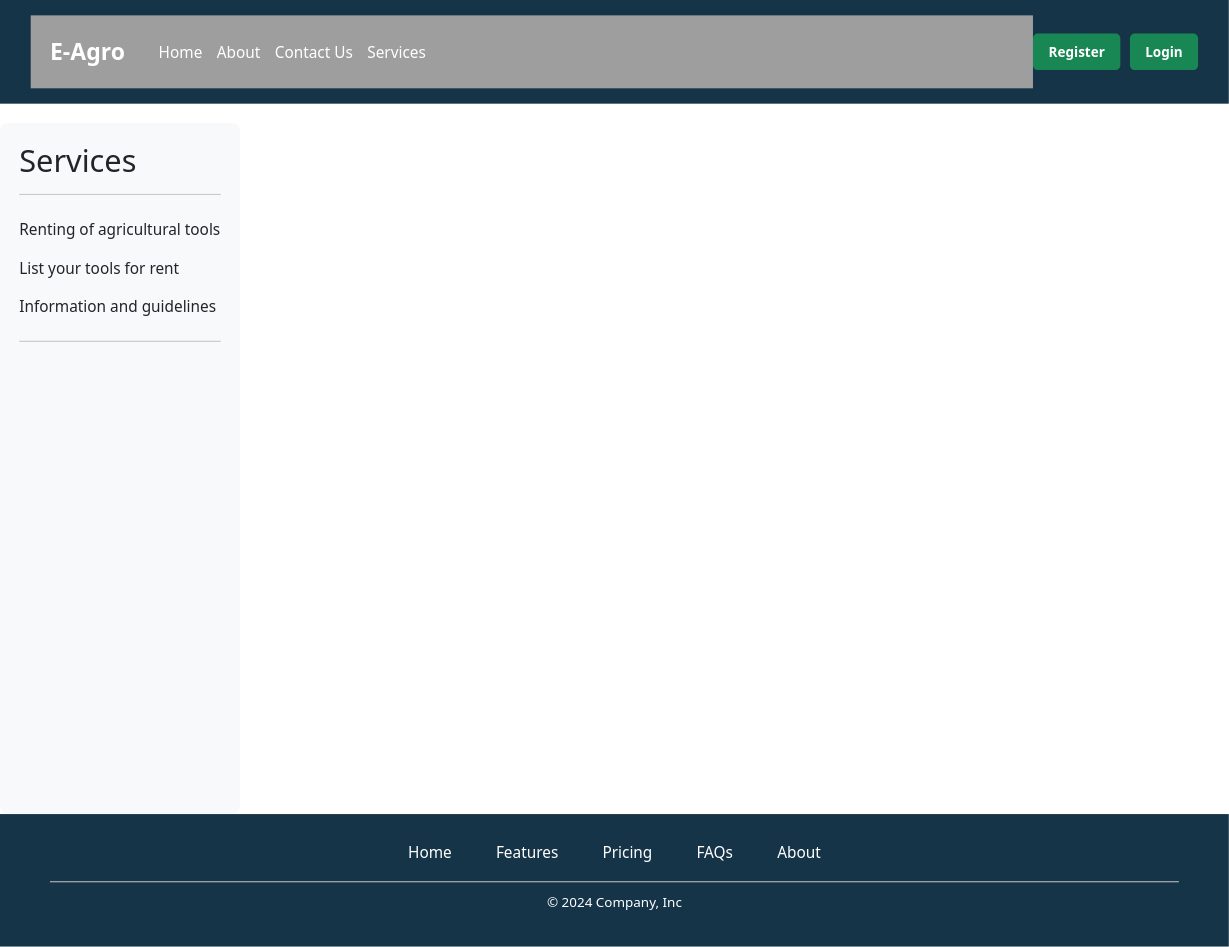
Repository: soniyakhichi11/E-Agro
Page: /Rental (app in frontend/)
The author's editor kept a copy of each file at every save. The page is drawn from the files as they stood at one save, then again after a run of saves.
The browser window is 1280 px wide. The pictures show the whole page, at 96% of full size.
Pictures or frames that could not be fetched are drawn as grey boxes. The page's requests for data from a server got no answer. The project was rebuilt for these pictures with package versions that can differ from the ones it lists, and the page was loaded fresh each time. No one was signed in, and anything a server would have sent is missing. Also part of the build but not shown: frontend/vite.config.js, frontend/src/components/Register.jsx, frontend/src/components/FormRental.jsx, frontend/src/components/BookingPage.jsx, frontend/src/components/Home.jsx, frontend/src/components/About.jsx, frontend/src/components/Contact.jsx, frontend/src/components/Login.jsx.

Above is the page before, as saved 2025-04-05 19:43:47.

### frontend/src/main.jsx
import { StrictMode } from 'react'
import { createRoot } from 'react-dom/client'
 import './index.css'
import App from './App.jsx'

createRoot(document.getElementById('root')).render(
  <StrictMode>
    <App />
  </StrictMode>,
)

### frontend/src/App.jsx
import {BrowserRouter, Routes, Route} from 'react-router-dom';
import {Navbar} from "./components/Navbar";
import {Register} from "./components/Register";
import {FormRental} from "./components/FormRental";
import {Rental} from "./components/Rental";
import { BookingPage } from './components/BookingPage';
import {Home} from "./components/Home";
import {Footer} from "./components/Footer";
import {About} from "./components/About";
import {ContactPage} from "./components/Contact";
import {Login} from "./components/Login";
import {AuthProvider} from "./components/AuthContext"
function App() {

  return (
    <>
    <AuthProvider>
     <BrowserRouter>
     <Navbar/>
     <Routes>
     <Route path="/register" element={<Register />} />
     <Route path ="/FormRental" element={<FormRental />} />
     <Route path ="/Rental" element={<Rental />} />
     <Route path ="/Booking/:id" element={<BookingPage />} />
     <Route path ="/" element={<Home />} />
     <Route path ="/About" element ={<About/>}/>
     <Route path ="/Contact-us" element ={<ContactPage/>}/>
     <Route path ="/Login" element ={<Login/>}/>

     </Routes>
     <Footer/>
     </BrowserRouter>
     </AuthProvider>
    </>
  )
}

export default App

### frontend/src/components/Navbar.jsx

import { NavLink } from "react-router-dom";
import { useContext } from "react";
import { AuthContext } from "./AuthContext";
import { useState, useEffect } from "react";
import { FontAwesomeIcon } from "@fortawesome/react-fontawesome";
import { faUser } from "@fortawesome/free-solid-svg-icons";

export const Navbar = () => {
  // const [user, setUser] = useState(null);

  const { user, logout } = useContext(AuthContext);

  console.log("🧪 User context:", user);


  // Check if user is already stored (after registration/login)
  // useEffect(() => {
  //   const storedUser = localStorage.getItem("user");
  //   if (storedUser) {
  //     setUser(JSON.parse(storedUser));
  //   }
  // }, []);

  // // Listen for storage changes (in case user logs in/out in another tab)
  // useEffect(() => {
  //   const handleStorageChange = () => {
  //     const storedUser = localStorage.getItem("user");
  //     setUser(storedUser ? JSON.parse(storedUser) : null);
  //   };

  //   window.addEventListener("storage", handleStorageChange);
  //   return () => window.removeEventListener("storage", handleStorageChange);
  // }, []);

  // // Logout function
  // const handleLogout = () => {
  //   localStorage.removeItem("user");
  //   setUser(null);
  // };

  return (
    <header>
      <nav>
        {/* Left Section with Brand and Links */}
        <div className="left-section">
          <NavLink to="#" className="brand">E-Agro</NavLink>
          <ul className="nav-links">
            <li><NavLink to="/">Home</NavLink></li>
            <li><NavLink to="/About">About</NavLink></li>
            <li><NavLink to="/Contact-us">Contact Us</NavLink></li>
            <li className="dropdown">
              <NavLink to="#">Services</NavLink>
              <ul className="dropdown-menu">
                <li><NavLink to="/Rental">Book a Tractor for Rent</NavLink></li>
                <li><NavLink to="/FormRental">Rent Out Your Tractor</NavLink></li>
                <li><NavLink to="/">Crop Consultation & Guidance</NavLink></li>
              </ul>
            </li>
          </ul>
        </div>

        {/* Right Section with User Info or Buttons */}
        {/* <div className="action-buttons">
  {user ? (
    <div className="user-dropdown">
      <button className="user-button">
        <FontAwesomeIcon icon={faUser} />
      </button>
      <ul className="user-menu">
      <li><strong>Username:</strong> {user.username}</li>
        <li><strong>ID:</strong> {user.userId}</li>
        <li><strong>Email:</strong> {user.email}</li>
        <li><button onClick={handleLogout} className="logout-button">Logout</button></li>
      </ul>
    </div>
          ) : (
            <>
              <NavLink to="/register" className="button">Register</NavLink>
              <NavLink to="/Login" className="button">Login</NavLink>
            </>
          )}
        </div> */}

<div className="action-buttons">
          {user ? (
            <div className="user-dropdown">
              <button className="user-button">
                <FontAwesomeIcon icon={faUser} />
              </button>
              <ul className="user-menu">
                <li><strong>Username:</strong> {user.username}</li>
                <li><strong>Email:</strong> {user.email}</li>
                <li><strong>Id:</strong> {user.userId}</li>
                <li><button className='logout-button 'onClick={logout}>Logout</button></li>
              </ul>
            </div>
          ) : (
            <>
              <NavLink to="/register" className="button">Register</NavLink>
              <NavLink to="/login" className="button">Login</NavLink>
            </>
          )}
        </div>
      </nav>
    </header>
  );
};

### frontend/src/components/Rental.jsx
import { useState, useEffect } from "react";
import { Link } from "react-router-dom"; // Import Link for navigation
import { FontAwesomeIcon } from "@fortawesome/react-fontawesome";
import { faRupeeSign, faMapMarkerAlt, faUser, faCheckCircle, faCalendarAlt, faPlus,faCalendar } from "@fortawesome/free-solid-svg-icons";
import API from "../api/axios";
import { useNavigate } from "react-router-dom";

export const Rental = () => {
    const [tractors, setTractors] = useState([]);
    const [booking, setBooking] = useState({ tractorId: null, startDate: "", endDate: "" });
    const navigate = useNavigate();

    useEffect(() => {
        fetchTractors();
    }, []);

    const fetchTractors = async () => {
        try {
            const response = await API.get("/tracform/gettractors");
             console.log("Tractor data:", response.data);
            setTractors(response.data);
        } catch (error) {
            console.error("Error fetching tractors:", error);
        }
    };
    // console.log("Tractor data:", tractor);

    const handleBooking = async (tractor) => {
        const userToken = localStorage.getItem("token"); // added

        if (!userToken) { //added

            alert("You must be logged in to book a tractor.");
            navigate("/login");
            return;
        }

        if (!booking.startDate || !booking.endDate) {
            alert("Please select both start and end dates.");
            return;
        }


        navigate(`/booking/${tractor._id}`, {
            state: {
                id: tractor._id,
                image: tractor.image || "",
                name: tractor.name || "Unknown",
                phone_number: tractor.phone_number || "Not Available",
                startDate: booking.startDate, // Pass start date
                endDate: booking.endDate // Pass end date
            }
        });
    };



        return (
<main className="container-rental">
    {/* Sidebar Navigation */}
    <aside className="sidebar">
        <h2>Services</h2>
        <hr></hr>
        <ul>
            <li>Renting of agricultural tools</li>
            <li>List your tools for rent</li>

            <li>Information and guidelines</li>
            <hr></hr>

        </ul>

    </aside>

    {/* Cards Container */}
    <div className="cards-container">


        {tractors.map((tractor) => (
            <div key={tractor._id} className="card">
                {/* <img src={tractor.image || "https://via.placeholder.com/226x176"} alt="Tractor" /> */}
                <img
      src={`http://localhost:5000${tractor.image}`}
      alt="Tractor"
      style={{ width: "300px", height: "auto" }}
    />
                <div className="card-content">
                    <h5 className="card-title">{tractor.model}</h5>
                    <div className="info">
                        <p><FontAwesomeIcon icon={faUser} /> {tractor.name}</p>
                        <p><FontAwesomeIcon icon={faMapMarkerAlt} /> {tractor.location}</p>
                    </div>
                    <div className="info">
                        <p><FontAwesomeIcon icon={faRupeeSign} /> {tractor.pricePerDay}/day</p>
                        {/* <p><FontAwesomeIcon icon={faCheckCircle} /> {tractor.phone_number}</p> */}
                        {/* <p className={tractor.availability ? "available" : "unavailable"}>
                            <FontAwesomeIcon icon={faCheckCircle} /> {tractor.availability ? "Available" : "Unavailable"}
                        </p> */}
                    </div>

                    {/* Booking Section */}
                    <div className="booking">
                        <label className="date-label"> Start Date </label>
                        <input type="date" onChange={(e) => setBooking({ ...booking, startDate: e.target.value })} />
                        <br/> <br/>
                        <label  className="date-label2"> End Date</label>
                        <input type="date" onChange={(e) => setBooking({ ...booking, endDate: e.target.value })} />
                        <br/>
                        <br/>
                        <button className="btn-rental" onClick={() => handleBooking(tractor)}>
                             <FontAwesomeIcon icon={faCalendarAlt} /> Book
</button>
                    </div>
                </div>
            </div>
        ))}
    </div>
</main>
    );
};

### frontend/src/components/Footer.jsx
import "bootstrap/dist/css/bootstrap.min.css";
import "bootstrap/dist/js/bootstrap.bundle.min.js";
import { NavLink } from "react-router-dom";

export const Footer=()=>{
    return(
        <>
        <main>
        <footer className="footer">
  <div className="container">
    <ul className="nav">
      <li className="nav-item"><NavLink to="#" className="nav-link px-2">Home</NavLink></li>
      <li className="nav-item"><NavLink to="#" className="nav-link px-2">Features</NavLink></li>
      <li className="nav-item"><NavLink to="#" className="nav-link px-2">Pricing</NavLink></li>
      <li className="nav-item"><NavLink to="#" className="nav-link px-2">FAQs</NavLink></li>
      <li className="nav-item"><NavLink to="#" className="nav-link px-2">About</NavLink></li>
    </ul>
    <p className="copyright">© 2024 Company, Inc</p>
  </div>
</footer>


        </main>
        </>
    );
}

### frontend/src/components/AuthContext.jsx
import { createContext, useState, useEffect } from "react";

// Create authentication context
export const AuthContext = createContext();

export const AuthProvider = ({ children }) => {
  const [user, setUser] = useState(null);

  // Load user from localStorage on mount
  useEffect(() => {
    const storedUser = localStorage.getItem("user");
    if (storedUser) {
      setUser(JSON.parse(storedUser));
    }
  }, []);

  // Login function
  const login = (userData) => {
    localStorage.setItem("user", JSON.stringify(userData));
    setUser(userData);
  };

  // Register function (same as login)
  const register = (userData) => {
    localStorage.setItem("user", JSON.stringify(userData));
    setUser(userData);
  };

  // Logout function
  const logout = () => {
    localStorage.removeItem("user");
    setUser(null);
  };

  return (
    <AuthContext.Provider value={{ user, login, register, logout }}>
      {children}
    </AuthContext.Provider>
  );
};

Loaded but not shown: frontend/index.html (common file); frontend/tailwind.config.js (common file); frontend/src/api/axios.js (10 lines, source omitted); frontend/src/index.css (798 lines, source omitted)

After the next 3 saves:
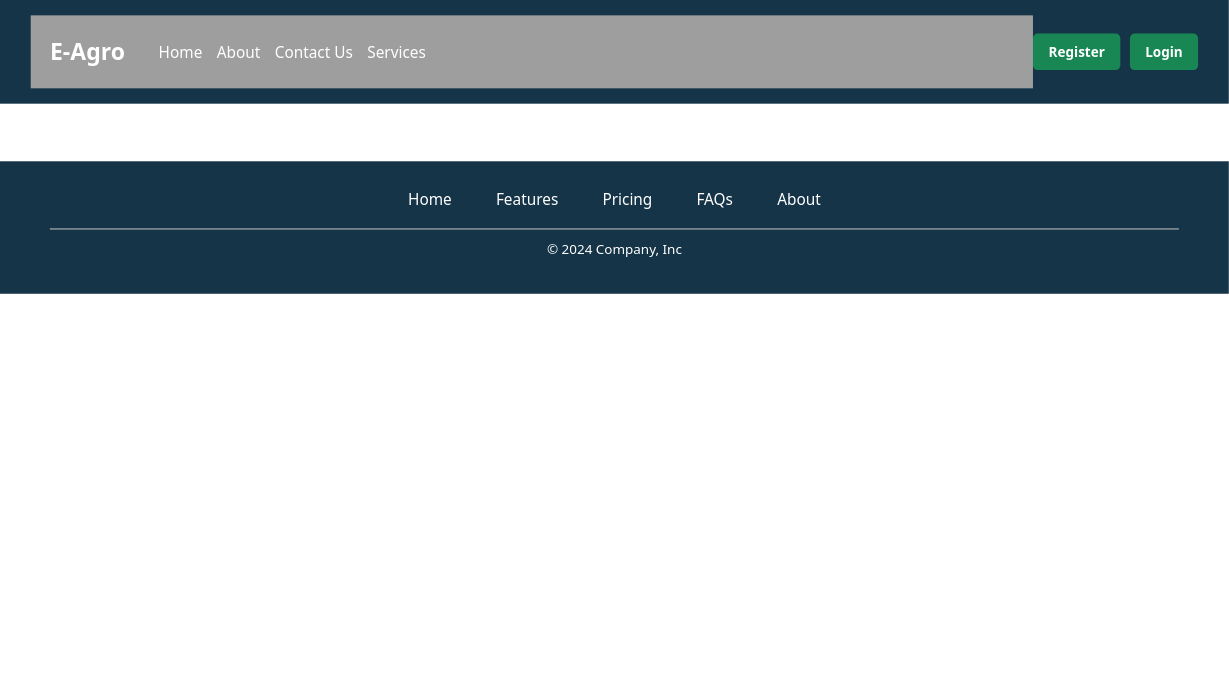
The 3 saves are shown as one change because they came seconds apart.
The last was saved 101 s later.
--- a/frontend/src/components/Rental.jsx
+++ b/frontend/src/components/Rental.jsx
@@ -58,7 +58,7 @@
         return (
 <main className="container-rental">
     {/* Sidebar Navigation */}
-    <aside className="sidebar">
+    {/* <aside className="sidebar">
         <h2>Services</h2>
         <hr></hr>
         <ul>
@@ -70,7 +70,7 @@
 
         </ul>
 
-    </aside>
+    </aside> */}
 
     {/* Cards Container */}
     <div className="cards-container">

After the save that followed:
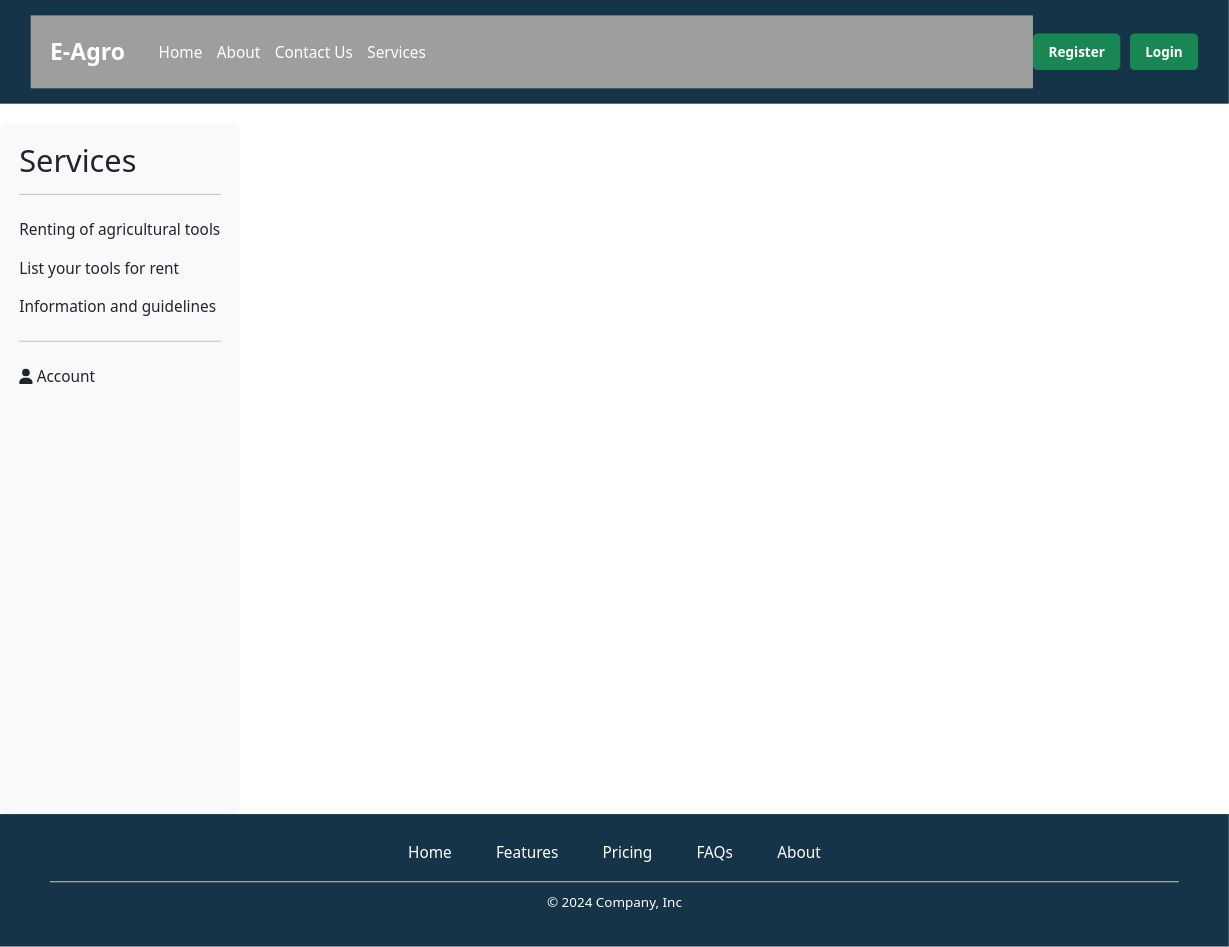
Saved 12 s later.
--- a/frontend/src/components/Rental.jsx
+++ b/frontend/src/components/Rental.jsx
@@ -58,7 +58,7 @@
         return (
 <main className="container-rental">
     {/* Sidebar Navigation */}
-    {/* <aside className="sidebar">
+    <aside className="sidebar">
         <h2>Services</h2>
         <hr></hr>
         <ul>
@@ -67,10 +67,10 @@
 
             <li>Information and guidelines</li>
             <hr></hr>
-
+            <li ><FontAwesomeIcon icon={faUser} />  Account</li>
         </ul>
 
-    </aside> */}
+    </aside>
 
     {/* Cards Container */}
     <div className="cards-container">
